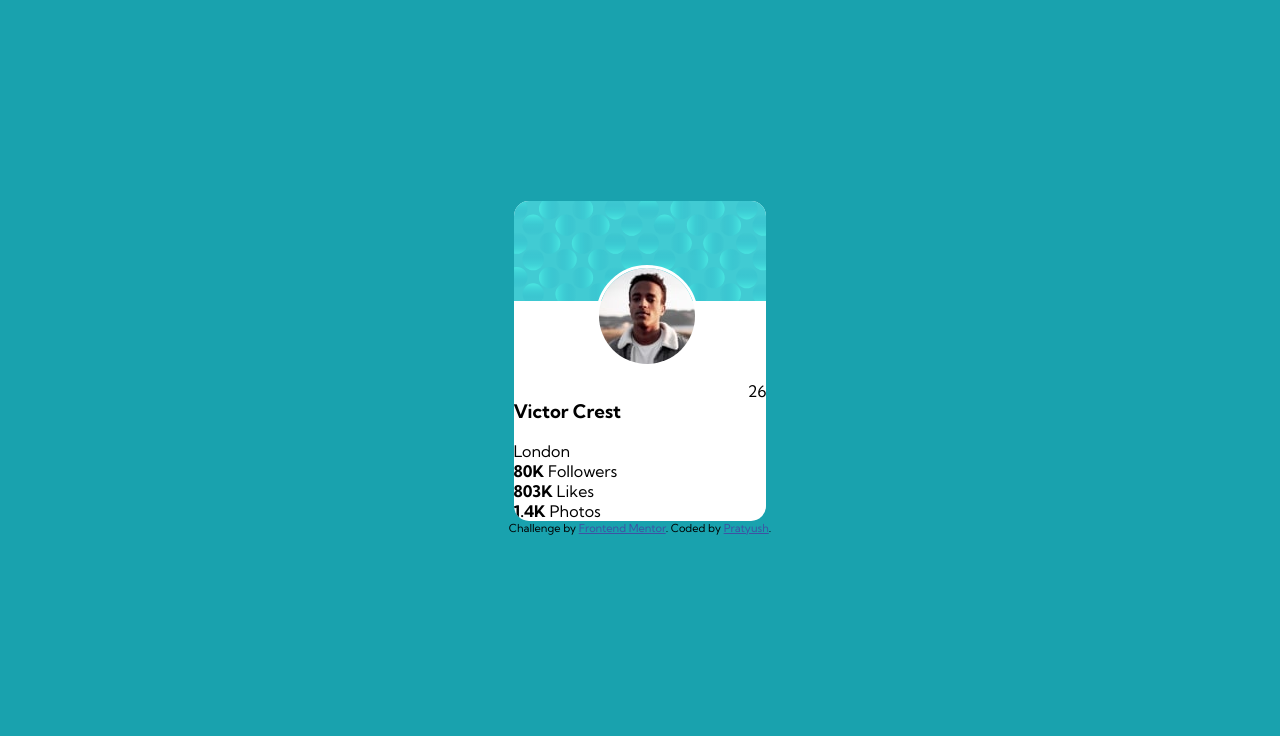
Repository: PratypartyY2K/frontendmentor-challenges
Page: profile-card-component-main/index.html
An editor plug-in stored every save of this project. The page is shown before and after the next save, followed by the edit.
The browser window is 1280 px wide. The pictures show the whole page.

Above is the page before, as saved 2021-07-15 13:18:48.

After the next save:
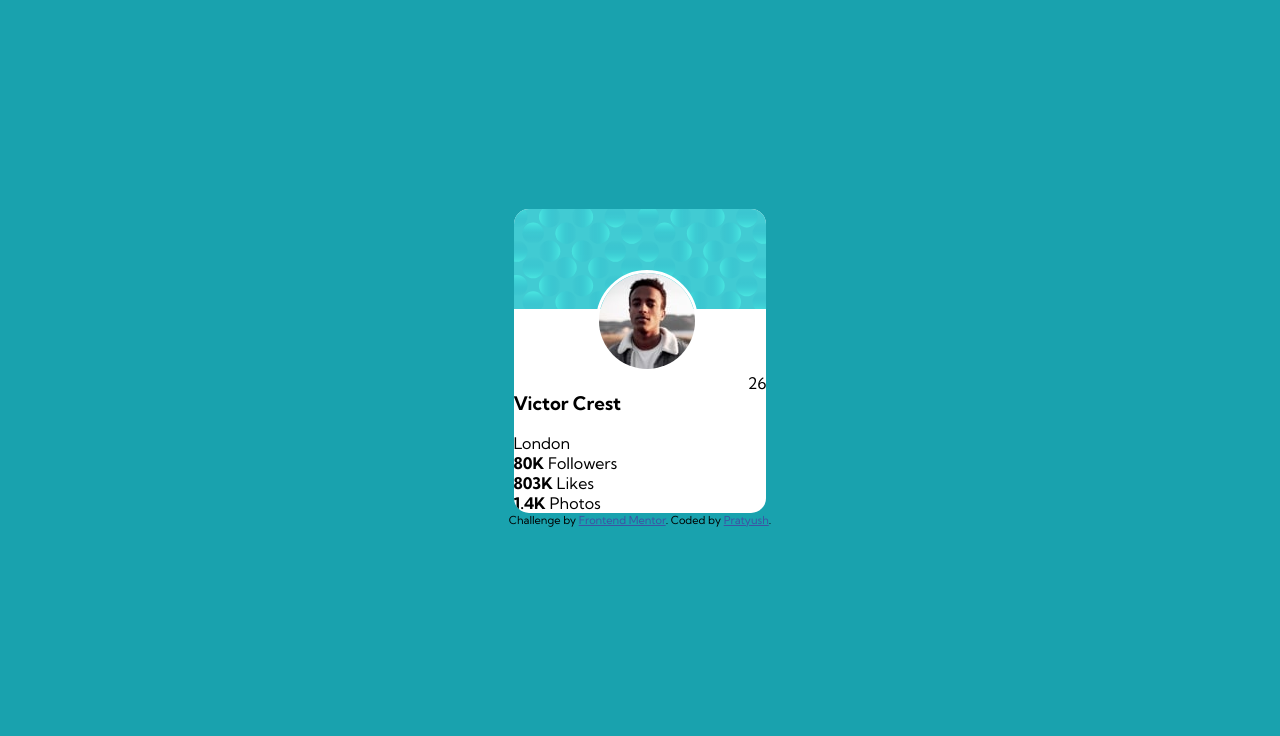
Saved 4 s later.
--- a/profile-card-component-main/style.css
+++ b/profile-card-component-main/style.css
@@ -47,7 +47,7 @@ body {
 .middle-div {
     display: flex;
     flex-direction: column;
-    margin-top: 5rem;
+    margin-top: 4rem;
 }
 
 .row-1 {
